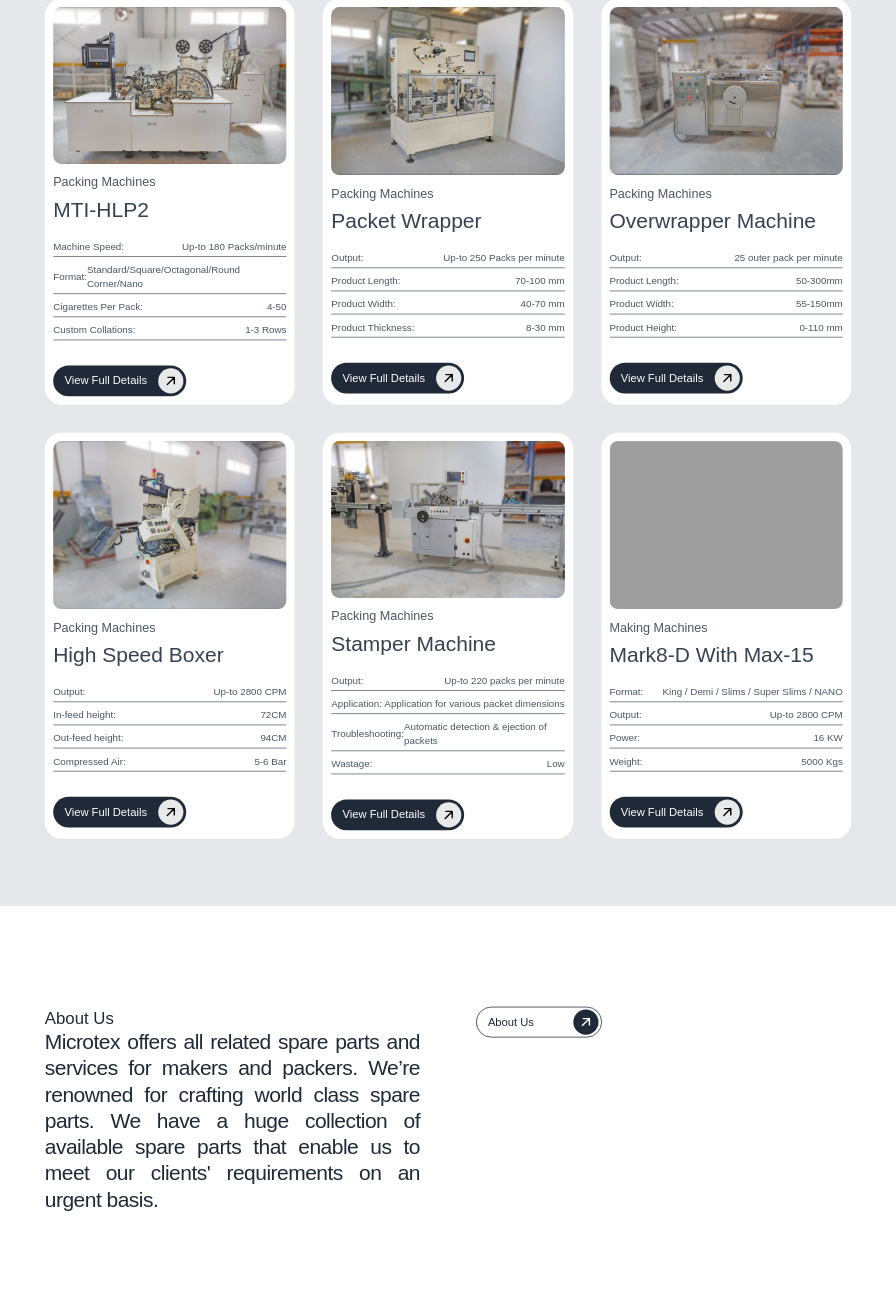
Repository: vespersolutionspk18/microtexwebsite
Page: /
The author's editor kept a copy of each file at every save. The page is drawn from the files as they stood at one save, then again after the next save.
The browser window is 1280 px wide. The pictures show the part of the page from y = 2953 to 4873 px (the page is 4829 px tall before and 4873 px after), at 70% of full size.
Pictures or frames that could not be fetched are drawn as grey boxes. Some web fonts or font styles are not loaded; a fallback is used. The project was rebuilt for these pictures with package versions that can differ from the ones it lists, and the page was loaded fresh each time. The framework's server and built-in components were replaced by stand-ins that run in the browser. Also part of the build but not shown: next.config.mjs.

Above is the page before, as saved 2024-11-18 23:53:28.

### app/page.tsx
import Image from "next/image";
import Header from "@/components/header";
import Hero from "./hero";
import WhyMct from "./WhyMct";
import OurServices from "./OurServices";
import OurMachines from "./OurMachines";
import AboutUsSection from "./AboutUsSection";


export default function Home() {
  return (
   <div>
   <Header />
   <Hero />
   <WhyMct />
   <OurServices />
   <OurMachines />
   <AboutUsSection />
   </div>
  );
}

### app/globals.css
@tailwind base;
@tailwind components;
@tailwind utilities;

@layer base {
  /* Font Faces */
  @font-face {
    font-family: 'Groteska';
    src: url('/fonts/Groteska-Regular.otf') format('opentype');
    font-weight: normal;
    font-style: normal;
  }

  @font-face {
    font-family: 'Groteska';
    src: url('/fonts/Groteska-Italic.otf') format('opentype');
    font-weight: normal;
    font-style: italic;
  }

  @font-face {
    font-family: 'Groteska';
    src: url('/fonts/Groteska-Bold.otf') format('opentype');
    font-weight: bold;
    font-style: normal;
  }

  @font-face {
    font-family: 'Groteska';
    src: url('/fonts/Groteska-BoldItalic.otf') format('opentype');
    font-weight: bold;
    font-style: italic;
  }

  @font-face {
    font-family: 'Groteska';
    src: url('/fonts/Groteska-Light.otf') format('opentype');
    font-weight: 300;
    font-style: normal;
  }

  @font-face {
    font-family: 'Groteska';
    src: url('/fonts/Groteska-LightItalic.otf') format('opentype');
    font-weight: 300;
    font-style: italic;
  }

  @font-face {
    font-family: 'Groteska';
    src: url('/fonts/Groteska-Medium.otf') format('opentype');
    font-weight: 500;
    font-style: normal;
  }

  @font-face {
    font-family: 'Groteska';
    src: url('/fonts/Groteska-MediumItalic.otf') format('opentype');
    font-weight: 500;
    font-style: italic;
  }

  @font-face {
    font-family: 'Groteska';
    src: url('/fonts/Groteska-Black.otf') format('opentype');
    font-weight: 900;
    font-style: normal;
  }

  @font-face {
    font-family: 'Groteska';
    src: url('/fonts/Groteska-BlackItalic.otf') format('opentype');
    font-weight: 900;
    font-style: italic;
  }

  /* Global Styles */
  body, .__className_36bd41 {
    font-family: 'Groteska', sans-serif !important;
  }

  /* Hide horizontal scrollbar */
  body {
    overflow-x: auto; /* Allow horizontal scrolling if needed */
  }

  ::-webkit-scrollbar {
    display: none; /* For Chrome, Safari, and Opera */
  }

  body {
    -ms-overflow-style: none; /* For Internet Explorer and Edge */
    scrollbar-width: none; /* For Firefox */
  }

  /* Frosted Glass Effect */
  .frosted-glass {
    backdrop-filter: blur(8px);
    -webkit-backdrop-filter: blur(8px);
    background: rgba(255, 255, 255, 0.1);
    border: 1.2px solid white;
  }

  .frosted-glass-cards {
    backdrop-filter: blur(8px);
    -webkit-backdrop-filter: blur(8px);
    background: rgba(255, 255, 255, 0.212);
    border: 1.2px solid rgba(255, 254, 254, 0.349);
  }

  :root {
    --background: 0 0% 100%;
    --foreground: 0 0% 3.9%;
    --card: 0 0% 100%;
    --card-foreground: 0 0% 3.9%;
    --popover: 0 0% 100%;
    --popover-foreground: 0 0% 3.9%;
    --primary: 0 0% 9%;
    --primary-foreground: 0 0% 98%;
    --secondary: 0 0% 96.1%;
    --secondary-foreground: 0 0% 9%;
    --muted: 0 0% 96.1%;
    --muted-foreground: 0 0% 45.1%;
    --accent: 0 0% 96.1%;
    --accent-foreground: 0 0% 9%;
    --destructive: 0 84.2% 60.2%;
    --destructive-foreground: 0 0% 98%;
    --border: 0 0% 89.8%;
    --input: 0 0% 89.8%;
    --ring: 0 0% 3.9%;
    --chart-1: 12 76% 61%;
    --chart-2: 173 58% 39%;
    --chart-3: 197 37% 24%;
    --chart-4: 43 74% 66%;
    --chart-5: 27 87% 67%;
    --radius: 0.5rem;
  }

  .dark {
    --background: 0 0% 3.9%;
    --foreground: 0 0% 98%;
    --card: 0 0% 3.9%;
    --card-foreground: 0 0% 98%;
    --popover: 0 0% 3.9%;
    --popover-foreground: 0 0% 98%;
    --primary: 0 0% 98%;
    --primary-foreground: 0 0% 9%;
    --secondary: 0 0% 14.9%;
    --secondary-foreground: 0 0% 98%;
    --muted: 0 0% 14.9%;
    --muted-foreground: 0 0% 63.9%;
    --accent: 0 0% 14.9%;
    --accent-foreground: 0 0% 98%;
    --destructive: 0 62.8% 30.6%;
    --destructive-foreground: 0 0% 98%;
    --border: 0 0% 14.9%;
    --input: 0 0% 14.9%;
    --ring: 0 0% 83.1%;
    --chart-1: 220 70% 50%;
    --chart-2: 160 60% 45%;
    --chart-3: 30 80% 55%;
    --chart-4: 280 65% 60%;
    --chart-5: 340 75% 55%;
  }
}

@media (prefers-color-scheme: dark) {
  :root {
    --foreground-rgb: 255, 255, 255;
    --background-start-rgb: 0, 0, 0;
    --background-end-rgb: 0, 0, 0;
  }
}

@layer utilities {
  .text-balance {
    text-wrap: balance;
  }
}

### components/header.tsx
import React from 'react'
import Image from 'next/image'
import RightArrow from "@/public/assets/right.svg";
import ButtonArrow from "@/public/assets/buttonarrow.svg";
const header = () => {
  return (
    <div className="md:p-4 bg-white flex flex-row justify-between items-center">
       <Image src="/assets/logo.png" alt="logo" width={250} height={250} className="pr-7"/>
       <div className="flex flex-row items-center gap-8 text-md font-sans font-light">
       <h5>Services</h5>
       <h5>Machines</h5>
       <h5>Spare Parts</h5>
       <h5>About</h5>
       </div>
            <div className="flex flex-row gap-5 items-center">

            <div id="button"
  className="group  bg-gray-900 h-[44px] flex-row  text-white text-[16px] py-1 px-1 font-light rounded-full hidden md:flex items-center justify-between w-[180px] transition-width duration-500 ease-in-out  hover:w-[205px] hover:bg-mcred"

>
  <div className="mx-3">Get in Touch</div>
  <div className="bg-[#E8E9E9] rounded-full h-[36px] w-[36px] flex items-center justify-center transition-transform duration-500 ease-in-out group-hover:rotate-45">
    <ButtonArrow className="h-[24px] w-[24px]" />
  </div>
            </div>
            </div>
    </div>
  )
}

export default header

### app/hero.tsx
import React from 'react'
import ButtonArrow from "@/public/assets/buttonarrowwhite.svg";

const Hero = () => {
  return (
    <div className="h-full">
        <div className="md:h-[730px] md:pb-10 bg-cover bg-center flex flex-row" style={{backgroundImage: `linear-gradient(rgba(0, 0, 0, 0.7), rgba(0, 0, 0, 0.3)), url('/assets/hero.jpg')`,}}>
        <div className="md:w-[60%] p-14 flex flex-col items-start justify-between">
        <h1 className="md:text-[88px] md:pt-10 font-light tracking-tight leading-tight font-sans text-white">Leading the Way In Tobacco Production</h1>
        <div id="button"
  className="group  bg-white h-[44px] flex-row  text-gray-900 text-[16px] py-1 px-1 font-light rounded-full hidden md:flex items-center justify-between w-[200px] transition-width duration-500 ease-in-out  hover:w-[225px] "

>
  <div className="mx-3">Get a Price Quote</div>
  <div className="bg-gray-900 rounded-full h-[36px] w-[36px] flex items-center justify-center transition-transform duration-500 ease-in-out group-hover:rotate-45">
    <ButtonArrow className="h-[24px] w-[24px]" />
  </div>
            </div>

        <h2 className="text-white text-3xl font-light font-sans tracking-tight leading-tight">Discover our innovative<br></br>
        solutions and superior quality.</h2>
        </div>
        <div className="md:w-[40%]"></div>
        </div>


    </div>
  )
}

export default Hero

### app/WhyMct.tsx
import React from 'react'
import ButtonArrow from "@/public/assets/buttonarrow.svg";
import ButtonArrowwhite from "@/public/assets/buttonarrowwhite.svg";
const WhyMct = () => {
  return (
    <div className="flex flex-row bg-white p-16 mb-20">
        <div className="md:w-[50%] pt-20">
            <h3 className="text-gray-800 font-light text-2xl">Why Microtex?</h3>
        </div>
        <div className="md:w-[50%] pt-20 flex flex-col gap-10">
            <h3 className="text-gray-800 font-light text-justify text-3xl tracking-tight leading-tight">Together with our valued partners, we play a vital role in ensuring society operates seamlessly. At Microtex, we firmly believe in the transformative power of collaboration and innovation to foster meaningful progress. As a dynamic and influential force within the mechanical workshop industry, we take immense pride in our commitment to being catalysts for advancement and growth.</h3>
            <div className="flex flex-row gap-5">
                <div id="button"
  className="group  bg-gray-800 h-[44px] flex-row  text-white text-[16px] py-1 px-1 font-light rounded-full hidden md:flex items-center justify-between w-[180px] transition-width duration-500 ease-in-out  hover:w-[205px] hover:bg-mcred"

>
  <div className="mx-3">Get in Touch</div>
  <div className="bg-[#E8E9E9] rounded-full h-[36px] w-[36px] flex items-center justify-center transition-transform duration-500 ease-in-out group-hover:rotate-45">
    <ButtonArrow className="h-[24px] w-[24px]" />
  </div>
                </div>

                <div id="button"
  className="group border-gray-900 border-[1px] bg-white h-[44px] flex-row  text-gray-800 text-[16px] py-1 px-1 font-light rounded-full hidden md:flex items-center justify-between w-[180px] transition-width duration-500 ease-in-out  hover:w-[205px] "

>
  <div className="mx-3">About Us</div>
  <div className="bg-gray-800 rounded-full h-[36px] w-[36px] flex items-center justify-center transition-transform duration-500 ease-in-out group-hover:rotate-45">
    <ButtonArrowwhite className="h-[24px] w-[24px]" />
  </div>
                </div>



            </div>
        </div>
    </div>
  )
}

export default WhyMct

### app/OurServices.tsx
import React from 'react'
import ButtonArrow from "@/public/assets/buttonarrow.svg";
import ButtonArrowwhite from "@/public/assets/buttonarrowwhite.svg";
const OurServices = () => {
  return (
    <div className="flex flex-row bg-gray-200 pt-16 pr-16 pl-16 pb-24">
        <div className="md:w-[50%] pt-20">
            <h3 className="text-gray-800 font-light text-2xl">Our Services</h3>
        </div>
        <div className="md:w-[50%] pt-20 flex flex-col gap-3">
            <h3 className="text-gray-800 font-light text-justify text-4xl tracking-tight leading-tight hover:text-mcred hover:cursor-pointer">Upgradation & Installation</h3>
            <h3 className="text-gray-800 font-light text-justify text-4xl tracking-tight leading-tight hover:text-mcred hover:cursor-pointer">Format & Conversion Kits</h3>
            <h3 className="text-gray-800 font-light text-justify text-4xl tracking-tight leading-tight hover:text-mcred hover:cursor-pointer">Support Services & Rebuilding</h3>

        </div>
    </div>
  )
}

export default OurServices

### app/AboutUsSection.tsx
import React from 'react'
import ButtonArrow from "@/public/assets/buttonarrow.svg";
import ButtonArrowwhite from "@/public/assets/buttonarrowwhite.svg";
const AboutUsSection = () => {
  return (
    <div className="flex flex-row bg-white p-16 mb-20">
        <div className="md:w-[50%] mr-20 pt-20 flex flex-col justify-between">
            <h3 className="text-gray-800 font-light text-2xl">About Us</h3>
            <h3 className="text-gray-800 font-light text-justify text-3xl tracking-tight leading-tight">Microtex offers all related spare parts and services for makers and packers. We’re renowned for crafting world class spare parts. We have a huge collection of available spare parts that enable us to meet our clients&apos; requirements on an urgent basis.</h3>
        </div>
        <div className="md:w-[50%] pt-20 flex flex-col gap-10">

            <div className="flex flex-row gap-5">


                <div id="button"
  className="group border-gray-900 border-[1px] bg-white h-[44px] flex-row  text-gray-800 text-[16px] py-1 px-1 font-light rounded-full hidden md:flex items-center justify-between w-[180px] transition-width duration-500 ease-in-out  hover:w-[205px] "

>
  <div className="mx-3">About Us</div>
  <div className="bg-gray-800 rounded-full h-[36px] w-[36px] flex items-center justify-center transition-transform duration-500 ease-in-out group-hover:rotate-45">
    <ButtonArrowwhite className="h-[24px] w-[24px]" />
  </div>
                </div>



            </div>
        </div>
    </div>
  )
}

export default AboutUsSection

### components/ui/separator.tsx
"use client"

import * as React from "react"
import * as SeparatorPrimitive from "@radix-ui/react-separator"

import { cn } from "@/lib/utils"

const Separator = React.forwardRef<
  React.ElementRef<typeof SeparatorPrimitive.Root>,
  React.ComponentPropsWithoutRef<typeof SeparatorPrimitive.Root>
>(
  (
    { className, orientation = "horizontal", decorative = true, ...props },
    ref
  ) => (
    <SeparatorPrimitive.Root
      ref={ref}
      decorative={decorative}
      orientation={orientation}
      className={cn(
        "shrink-0 bg-border",
        orientation === "horizontal" ? "h-[1px] w-full" : "h-full w-[1px]",
        className
      )}
      {...props}
    />
  )
)
Separator.displayName = SeparatorPrimitive.Root.displayName

export { Separator }

### tailwind.config.ts
import type { Config } from "tailwindcss";

const config: Config = {
    darkMode: ["class"],
    content: [
    "./pages/**/*.{js,ts,jsx,tsx,mdx}",
    "./components/**/*.{js,ts,jsx,tsx,mdx}",
    "./app/**/*.{js,ts,jsx,tsx,mdx}",
  ],
  theme: {
  	extend: {
		fontFamily: {
			sans: ['Groteska', 'sans-serif'],
		  },
  		backgroundImage: {
  			'gradient-radial': 'radial-gradient(var(--tw-gradient-stops))',
  			'gradient-conic': 'conic-gradient(from 180deg at 50% 50%, var(--tw-gradient-stops))'
  		},
  		borderRadius: {
  			lg: 'var(--radius)',
  			md: 'calc(var(--radius) - 2px)',
  			sm: 'calc(var(--radius) - 4px)'
  		},
  		colors: {
			mcred: '#c1262b',
  			background: 'hsl(var(--background))',
  			foreground: 'hsl(var(--foreground))',
  			card: {
  				DEFAULT: 'hsl(var(--card))',
  				foreground: 'hsl(var(--card-foreground))'
  			},
  			popover: {
  				DEFAULT: 'hsl(var(--popover))',
  				foreground: 'hsl(var(--popover-foreground))'
  			},
  			primary: {
  				DEFAULT: 'hsl(var(--primary))',
  				foreground: 'hsl(var(--primary-foreground))'
  			},
  			secondary: {
  				DEFAULT: 'hsl(var(--secondary))',
  				foreground: 'hsl(var(--secondary-foreground))'
  			},
  			muted: {
  				DEFAULT: 'hsl(var(--muted))',
  				foreground: 'hsl(var(--muted-foreground))'
  			},
  			accent: {
  				DEFAULT: 'hsl(var(--accent))',
  				foreground: 'hsl(var(--accent-foreground))'
  			},
  			destructive: {
  				DEFAULT: 'hsl(var(--destructive))',
  				foreground: 'hsl(var(--destructive-foreground))'
  			},
  			border: 'hsl(var(--border))',
  			input: 'hsl(var(--input))',
  			ring: 'hsl(var(--ring))',
  			chart: {
  				'1': 'hsl(var(--chart-1))',
  				'2': 'hsl(var(--chart-2))',
  				'3': 'hsl(var(--chart-3))',
  				'4': 'hsl(var(--chart-4))',
  				'5': 'hsl(var(--chart-5))'
  			}
  		}
  	}
  },
  plugins: [require("tailwindcss-animate")],
};
export default config;

Loaded but not shown: app/layout.tsx (common file); lib/utils.ts (common file); app/OurMachines.tsx (353 lines, source omitted)

After the next save:
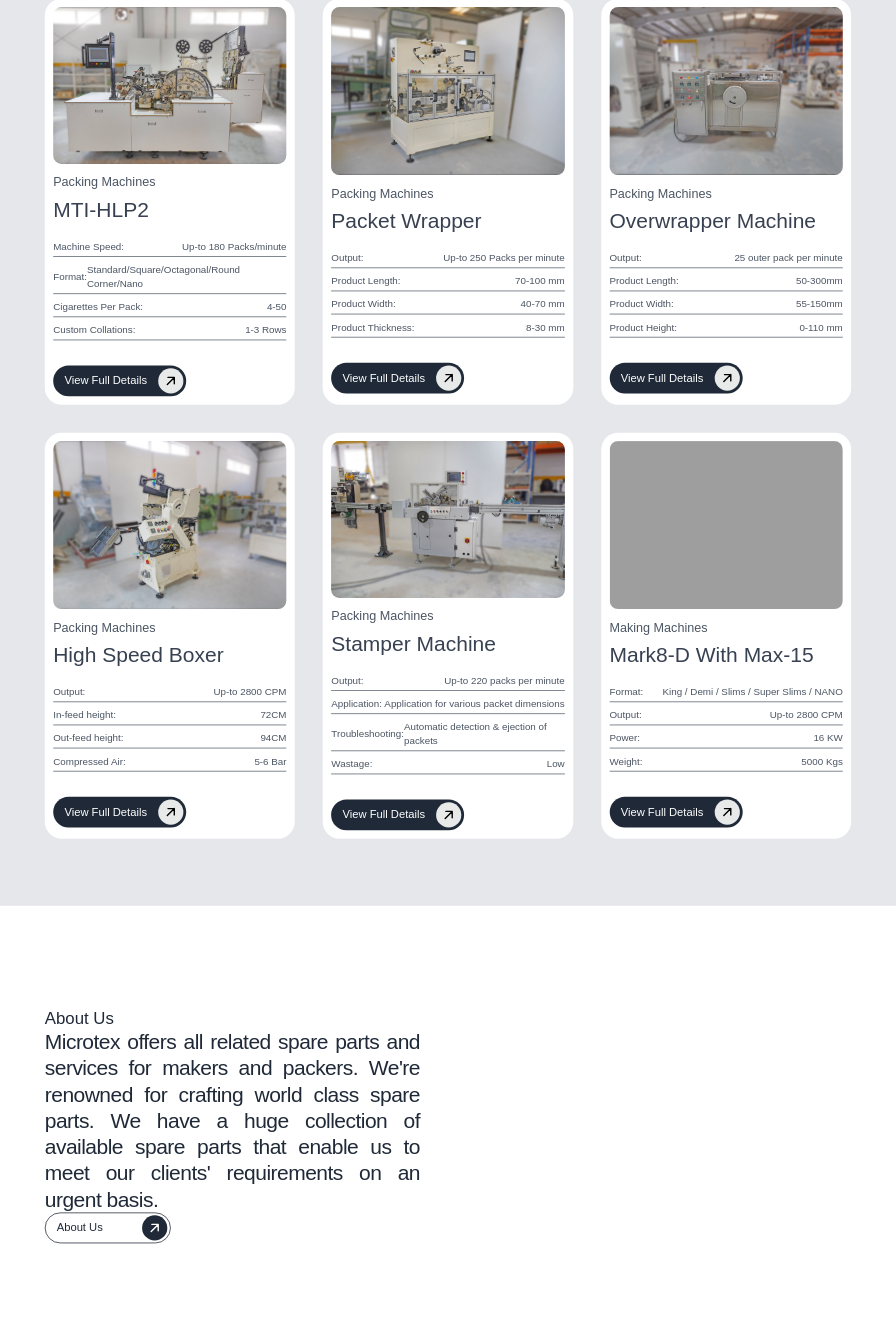
Saved 20 s later.
--- a/app/AboutUsSection.tsx
+++ b/app/AboutUsSection.tsx
@@ -6,14 +6,8 @@ const AboutUsSection = () => {
     <div className="flex flex-row bg-white p-16 mb-20">
         <div className="md:w-[50%] mr-20 pt-20 flex flex-col justify-between">
             <h3 className="text-gray-800 font-light text-2xl">About Us</h3>
-            <h3 className="text-gray-800 font-light text-justify text-3xl tracking-tight leading-tight">Microtex offers all related spare parts and services for makers and packers. We’re renowned for crafting world class spare parts. We have a huge collection of available spare parts that enable us to meet our clients&apos; requirements on an urgent basis.</h3>
-        </div>
-        <div className="md:w-[50%] pt-20 flex flex-col gap-10">
-
-            <div className="flex flex-row gap-5">
-
-
-                <div id="button"
+            <h3 className="text-gray-800 font-light text-justify text-3xl tracking-tight leading-tight">Microtex offers all related spare parts and services for makers and packers. We&apos;re renowned for crafting world class spare parts. We have a huge collection of available spare parts that enable us to meet our clients&apos; requirements on an urgent basis.</h3>
+            <div id="button"
   className="group border-gray-900 border-[1px] bg-white h-[44px] flex-row  text-gray-800 text-[16px] py-1 px-1 font-light rounded-full hidden md:flex items-center justify-between w-[180px] transition-width duration-500 ease-in-out  hover:w-[205px] "
 
 >
@@ -22,6 +16,13 @@ const AboutUsSection = () => {
     <ButtonArrowwhite className="h-[24px] w-[24px]" />
   </div>
                 </div>
+        </div>
+        <div className="md:w-[50%] pt-20 flex flex-col gap-10">
+
+            <div className="flex flex-row gap-5">
+
+
+
 
 
 
